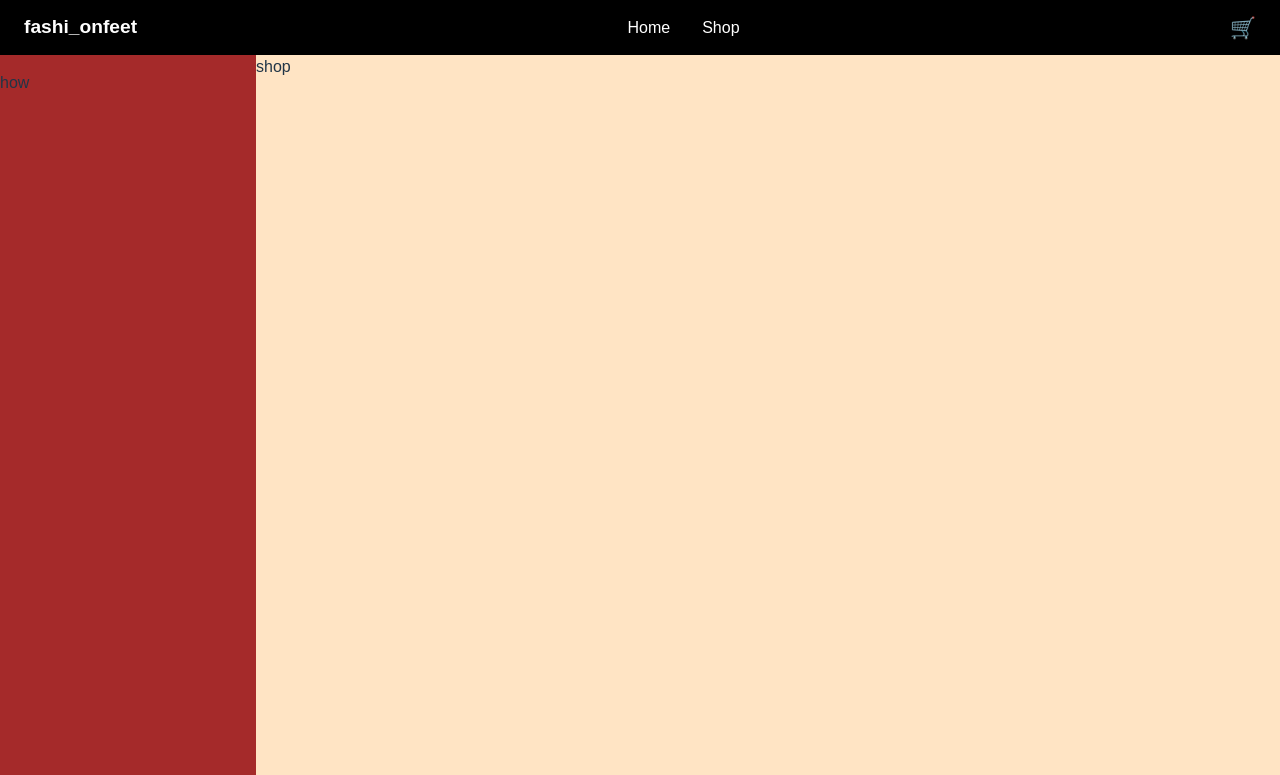
Repository: EphrahimLaanyu123/fashi_onfeet
Page: /shop
An editor plug-in stored every save of this project. The page is shown before and after the next save, followed by the edit.
The browser window is 1280 px wide. The pictures show the whole page.
The project was rebuilt for these pictures with package versions that can differ from the ones it lists, and the page was loaded fresh each time. Also part of the build but not shown: vite.config.js, src/Home/Home.jsx, src/Home/components/Products.css, src/Home/components/Products.jsx, src/Shop/components/supabaseClient.js, src/Shop/components/AddForm.css, src/Shop/components/AddProductForm.jsx.

Above is the page before, as saved 2025-04-18 20:38:19.

After the next save:
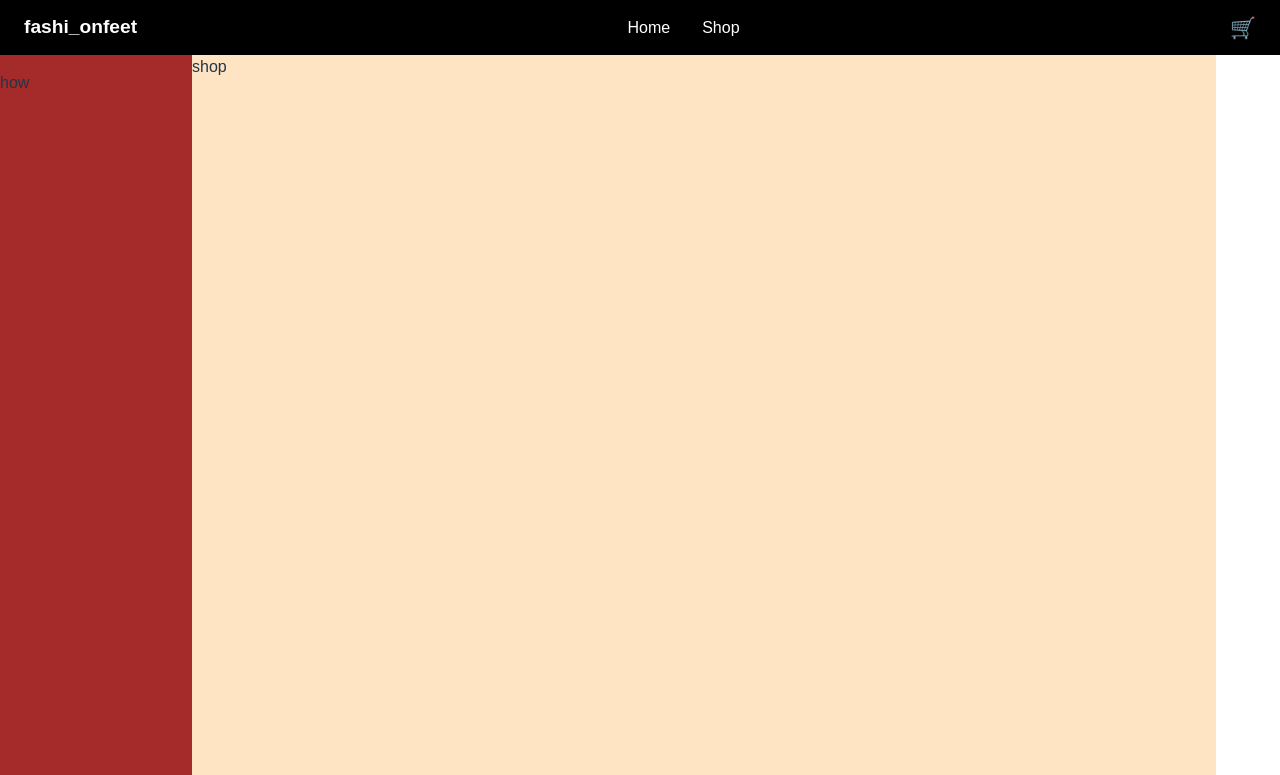
Saved 8 s later.
--- a/src/Shop/Shop.css
+++ b/src/Shop/Shop.css
@@ -14,7 +14,7 @@ body, html {
 }
 
 .sidebar {
-    width: 20%;
+    width: 15%;
     min-height: 100vh;
     background-color: brown;
 }
